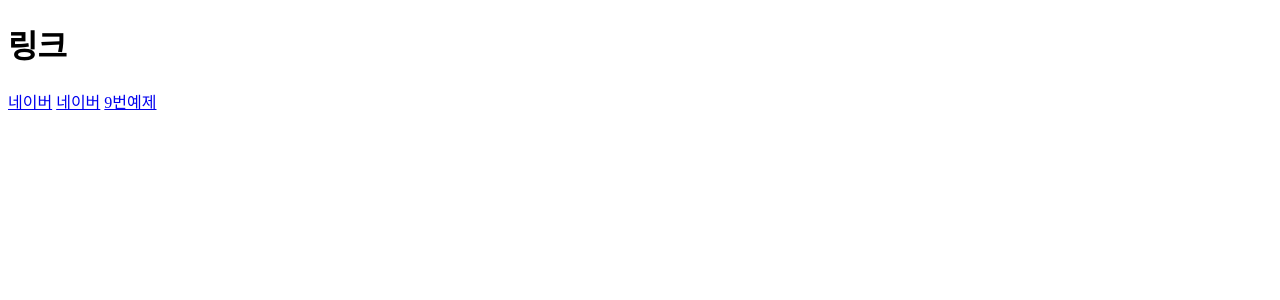
Repository: HongTaeHun337/HTML-CSS-JavaScript-
Page: html/HtmlTest/src/main/webapp/ex10_link.html
An editor plug-in stored every save of this project. The page is shown before and after the next save, followed by the edit.
The browser window is 1280 px wide. The pictures show the whole page.

Above is the page before, as saved 2026-02-13 02:05:12.

### html/HtmlTest/src/main/webapp/ex10_link.html
<!DOCTYPE html>
<html>
<head>
<meta charset="UTF-8">
<title>Insert title here</title>
</head>
<body>
	<!-- ex10_link.html -->
	<!--

		링크, Link
		- <a>, anchor(닻)
		- 쌍태그, 혼합형

		1. Link Tag
		2. Anchor Tag

		a.href
		- 이동할 URL

	 -->

	 <h1>링크</h1>
	 <a href = "https://www.naver.com/">네이버</a>
	 <a href = "naver.com/">네이버</a>

	 <a href = "ex09_list.html">9번예제</a>


</body>
</html>

After the next save:
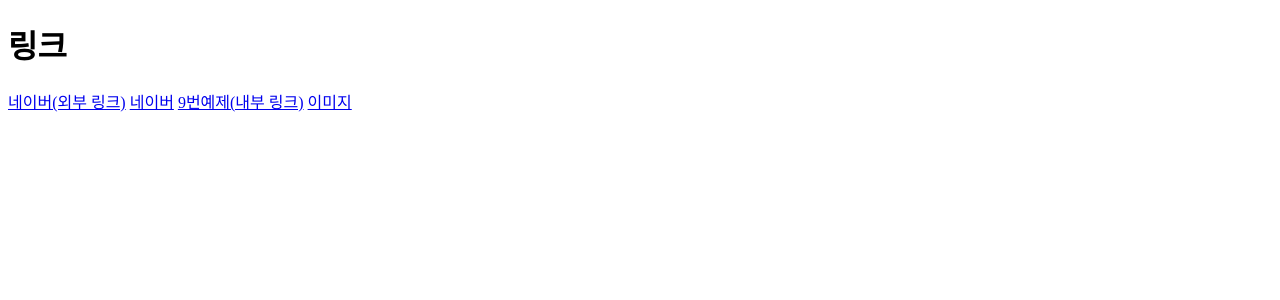
Saved 76 s later.
--- a/html/HtmlTest/src/main/webapp/ex10_link.html
+++ b/html/HtmlTest/src/main/webapp/ex10_link.html
@@ -21,10 +21,13 @@
 	 -->
 
 	 <h1>링크</h1>
-	 <a href = "https://www.naver.com/">네이버</a>
+	 <a href = "https://www.naver.com/">네이버(외부 링크)</a>
+
 	 <a href = "naver.com/">네이버</a>
 
-	 <a href = "ex09_list.html">9번예제</a>
+	 <a href = "ex09_list.html">9번예제(내부 링크)</a>
+
+	 <a href = "images/dog.jpg">이미지</a>
 
 
 </body>
